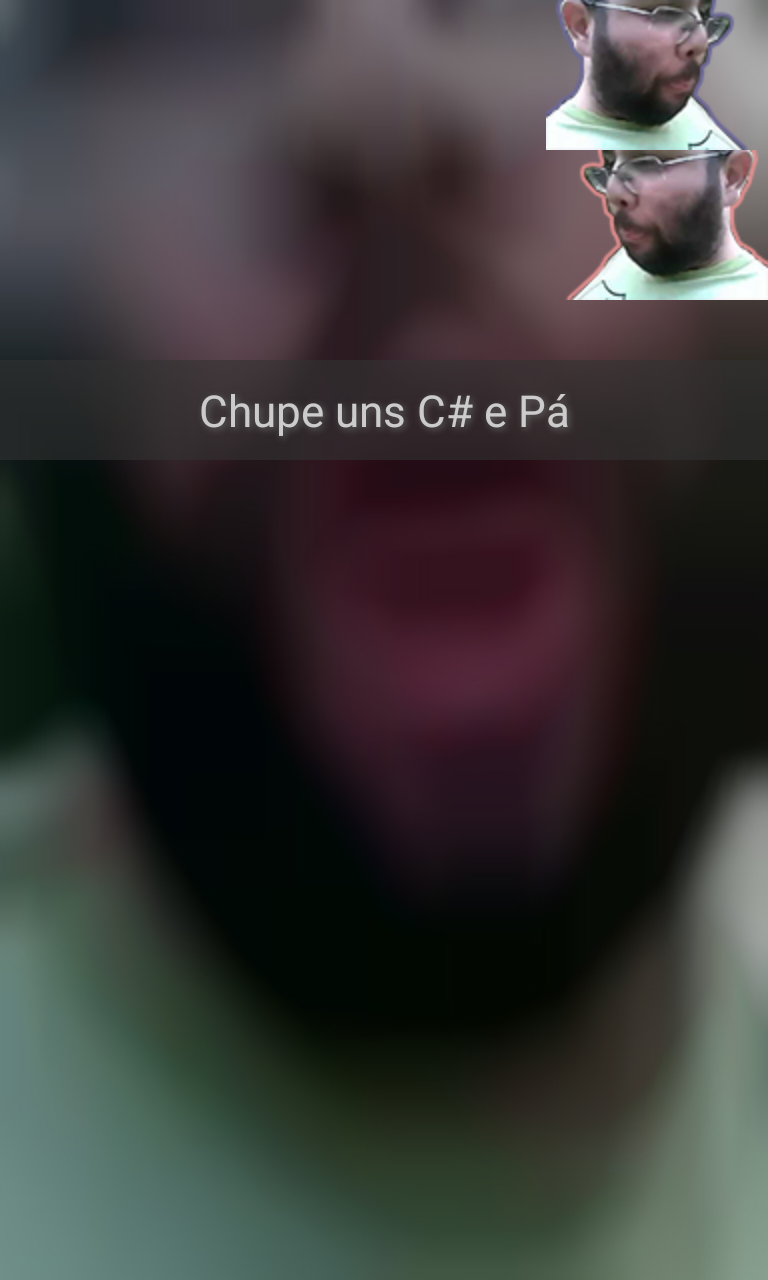
Repository: Cookahn/bioca_sounds
Layout: ChicoBiocaApp/res/layout/remix_activity.xml
These files come from the project's save history. The layout is drawn as it stood at one moment and after the next save; the edit follows.
It is drawn on a 768 x 1280 px phone screen (xhdpi) without system bars, with theme AppTheme; the app's code is not run.

Above is the layout before, as saved 2014-08-14 11:15:51.

After the next save:
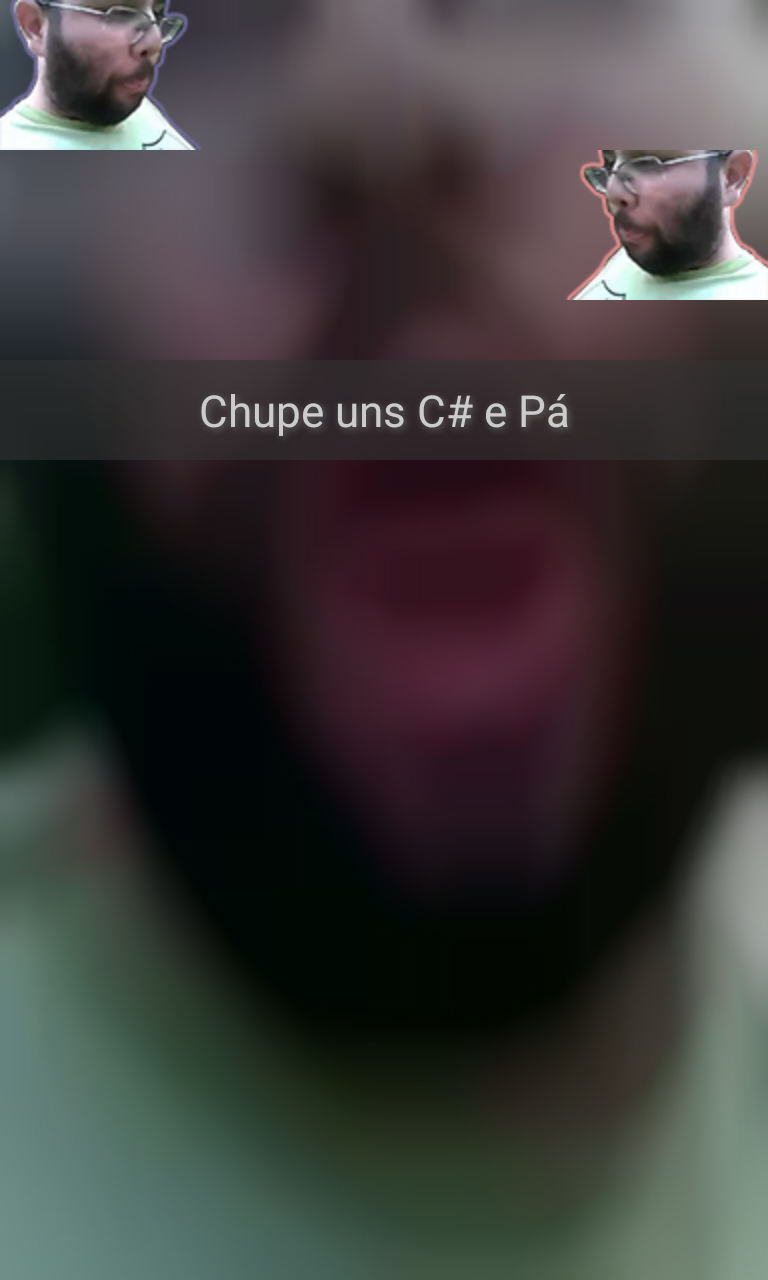
Saved 7 s later.
--- a/ChicoBiocaApp/res/layout/remix_activity.xml
+++ b/ChicoBiocaApp/res/layout/remix_activity.xml
@@ -8,7 +8,7 @@
         <ImageView
         android:layout_width="wrap_content"
         android:layout_height="wrap_content"
-        android:layout_gravity="right"
+        android:layout_gravity="left"
         android:background="@drawable/bioca_side_purple"
 
         />
